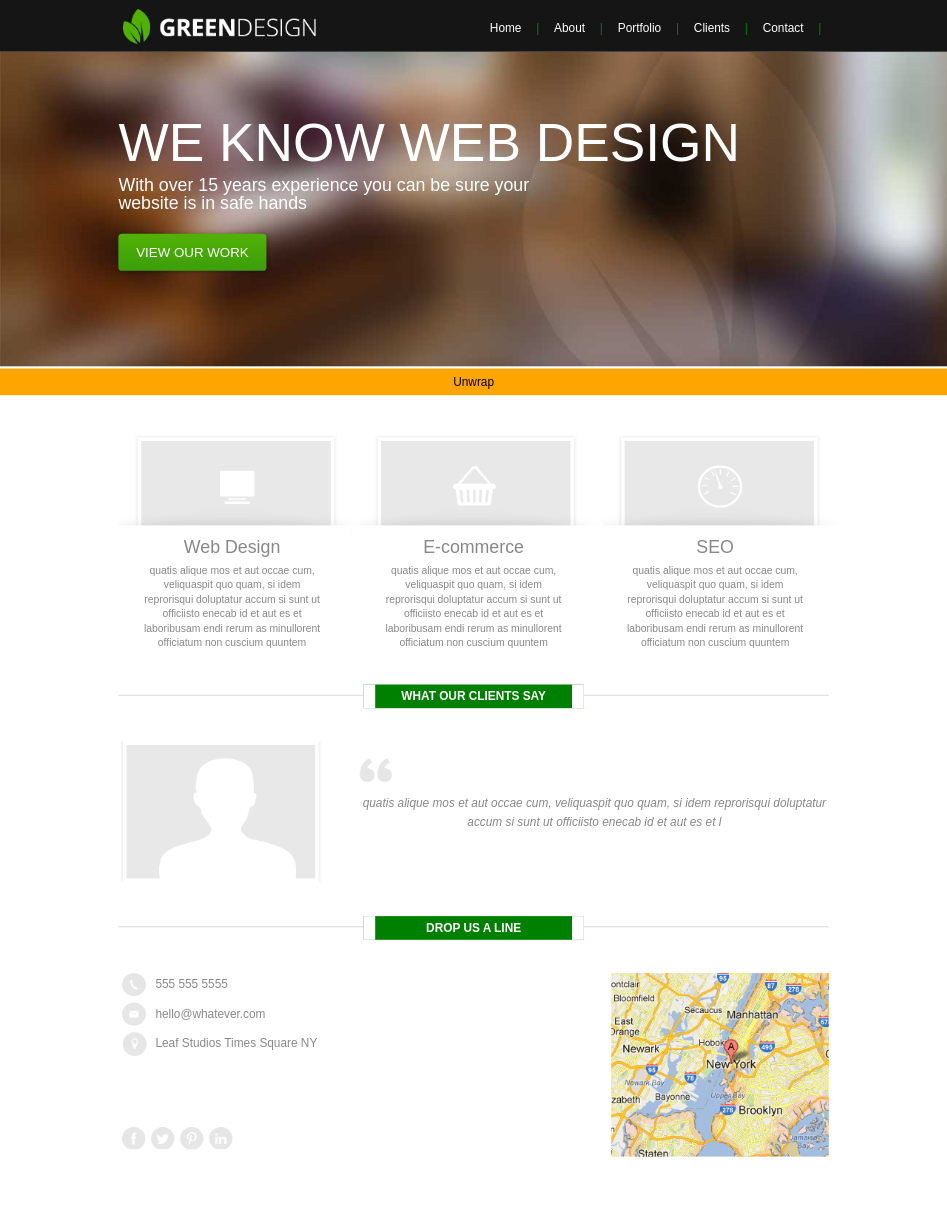
Repository: prathmeshgodbole/Javascript
Page: Basics/Jquery/index.html
An editor plug-in stored every save of this project. The page is shown before and after the next save, followed by the edit.
The browser window is 1280 px wide. The pictures show the whole page, at 74% of full size.
After loading, the first visible `h2` was clicked once.

Above is the page before, as saved 2020-08-09 11:22:58.
Console error: TypeError: $(...).fadein is not a function

After the next save:
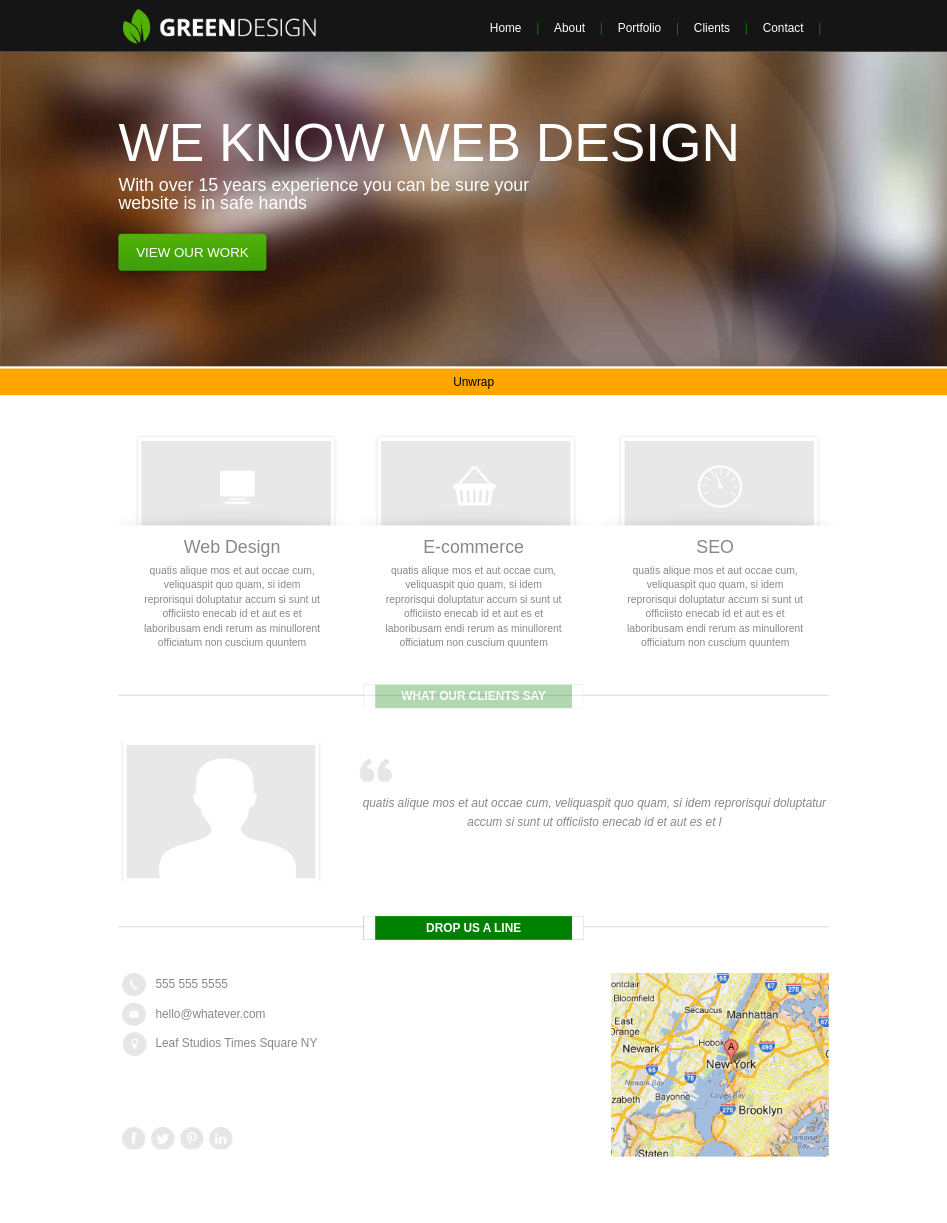
The error is gone.
Saved 38 s later.
--- a/Basics/Jquery/scripts/animation.js
+++ b/Basics/Jquery/scripts/animation.js
@@ -8,6 +8,6 @@ $(document).ready(function() {
     // });
 
     $("section > h2").on("click", function() {
-        $(this).fadein(100, 0.3);
+        $(this).fadeTo(100, 0.3);
     });
 });
